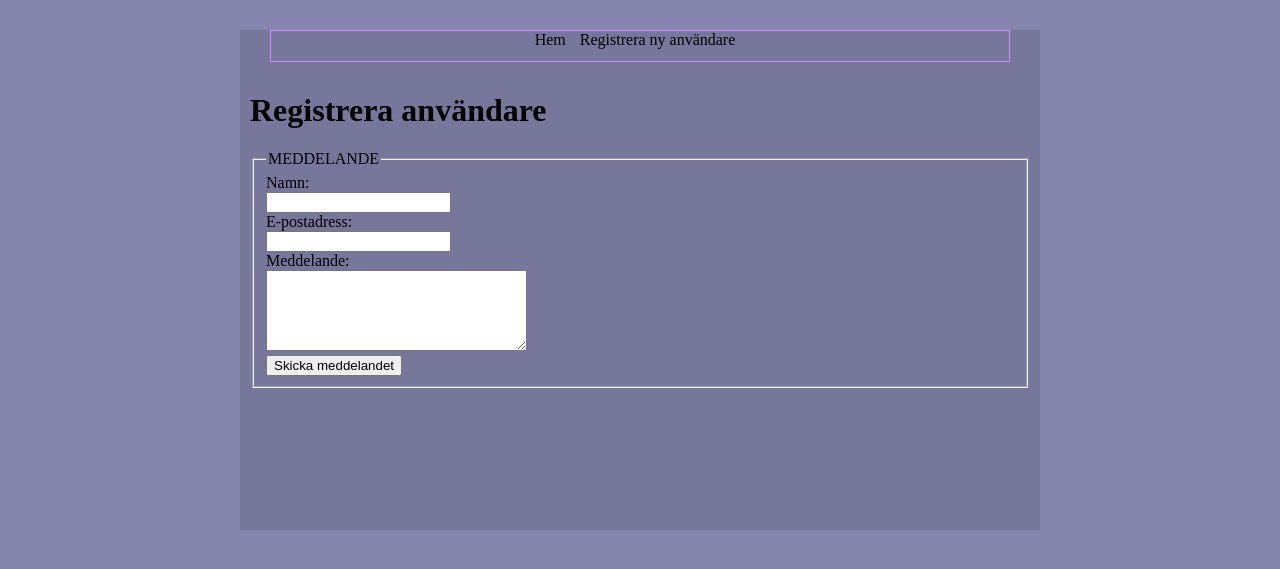
Repository: JuliaSivartsson/1DV404-jsigc09-laborationer
Page: Laboration3/Testfall2/reguser.html
The author's editor kept a record of every edit. The page is drawn from the files as they stood at one moment, then again after the next edit.
The browser window is 1280 px wide. The pictures show the whole page.

Above is the page before.
Console error: SyntaxError: Unexpected token ')'

After the next edit:
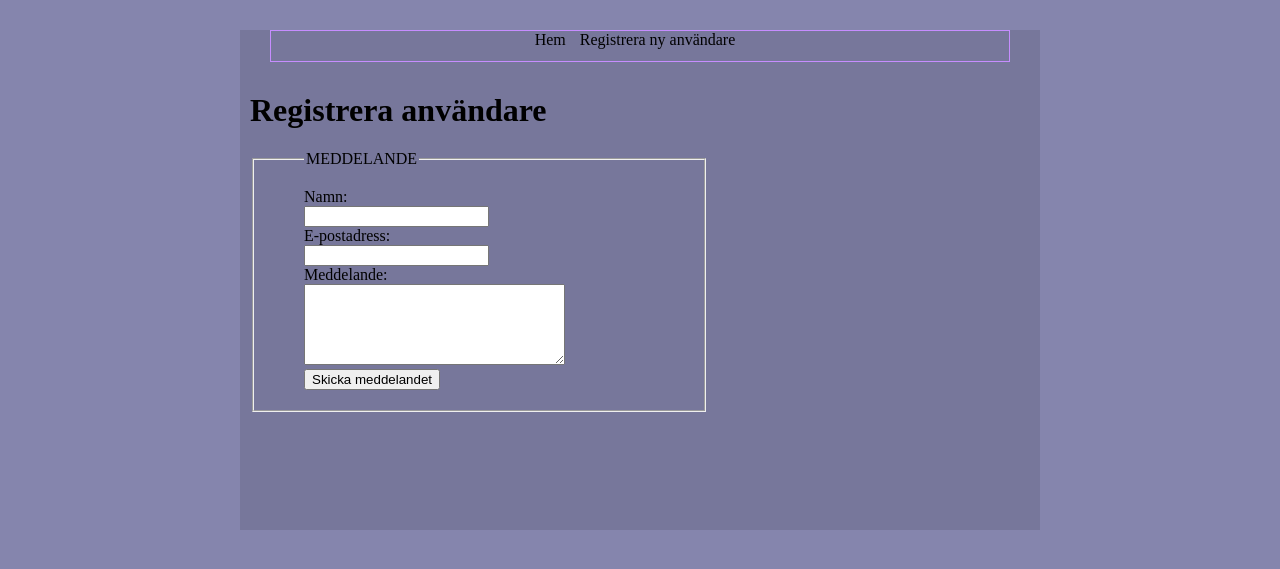
The edit:
--- a/Laboration3/Testfall2/reguser.html
+++ b/Laboration3/Testfall2/reguser.html
@@ -14,8 +14,7 @@
             <div id="main">
                 <h1>Registrera användare</h1>
 
-                <form>
-                    <form name="kontaktform" id="kontaktform" method="post" action="">
+                <form name="kontaktform" id="kontaktform" method="post" action="">
                     <fieldset>
 <legend>MEDDELANDE</legend>
 <label for="namn">Namn:</label> <br />
